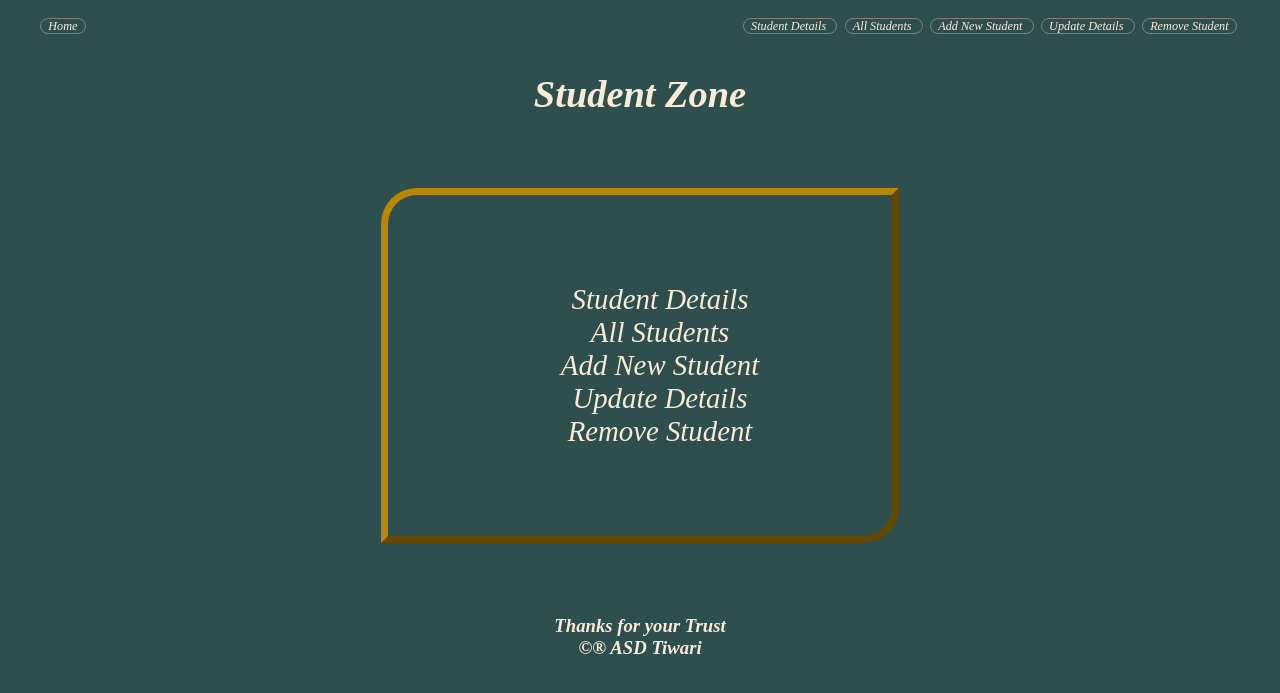
Repository: asdtiwari/Practice
Page: http://localhost/index
An editor plug-in stored every save of this project. The page is shown before and after the next save, followed by the edit.
The browser window is 1280 px wide. The pictures show the whole page.
The page is this project's Thymeleaf template; nobody is signed in. The template is opened directly, without the code that normally fills it, so the values that code supplies are empty.

Above is the page before, as saved 2023-11-17 12:15:38.

### DiwaliProjectSTS/studentZone/src/main/resources/templates/index.html
<!DOCTYPE html>
<html lang="en">
    <head>
        <meta charset="UTF-8">
        <meta name="viewport" content="width-device-width, initial-scale=1.0">

        <title>Home: Student Zone</title>

        <style>
            .body{
                background-color: darkslategrey;
                color: antiquewhite;
                font-family: cursive;
                font-style: oblique;
            }

            .a{
                text-decoration: none;
                color: antiquewhite;
            }

            .nav{
                position: fixed;
                top: 0vh;
                right: 5vh;
                text-align: right;
            }

            .home{
                position: fixed;
                top: 0vh;
                text-align: left;
                left: 0vh;
            }

            .nav_li{
                display: inline;
                border: solid 0.1vh grey;
                border-radius: 5vh;
                margin-right: 1vh;
                padding-left: 1vh;
                padding-right: 1vh;
                padding-top: 0vh;
                font-size: 1.7vh;
            }

            .nav_li:hover{
                background-color: darkgoldenrod;
                border: solid 0.5vh whitesmoke;
                font-size: 110%
            }

            .nav_a:hover{
                color: black;
            }

            .header{
                margin-top: 10vh;
            }

            .header:hover{
                color: darkgoldenrod;
            }

            .form{
                border: outset 1vh darkgoldenrod;
                border-top-left-radius: 5vh;
                border-bottom-right-radius: 5vh;
                width: 50vh;
                margin-top: 10vh;
                margin-bottom: 10vh;
                padding: 10vh;
            }

            .form:hover{
                border-style: inset;
            }

            .ul{
                list-style-type: none;
            }

            .menu{
                font-size: 4vh;
			}

            .menu:hover{
                border: solid 0.4vh whitesmoke;
                border-radius: 5vh;
                background-color: darkgoldenrod;
                width: 50%;
                padding-left: 5vh;
                padding-right: 5vh;
            }

            .footer{
                bottom: 0px;
                width: 100%;
                text-align: center;
            }

            .footer:hover{
                color: darkgoldenrod;
            }
        </style>
    </head>

    <body class="body">
        <ul class="home">
            <li class="nav_li"> <a class="nav_a a" href="/student/index" method="get"> Home </a> </li>
        </ul>

        <ul class="nav">
			<li class="nav_li"> <a class="nav_a a" href="/student/viewInfo" method="get" > Student Details </a> </li>
			<li class="nav_li"> <a class="nav_a a" href="/student/showAllInfo" method="get"> All Students </a> </li>
			<li class="nav_li"> <a class="nav_a a" href="/student/register" method="get"> Add New Student </a> </li>
			<li class="nav_li"> <a class="nav_a a" href="/student/update" method="get"> Update Details </a> </li>
			<li class="nav_li"> <a class="nav_a a" href="/student/remove" method="get"> Remove Student </a> </li>
		</ul>

        <center> <big> <h1 class="header"> Student Zone </h1> </big> </center>

        <center>
            <form class="form">
                <ul class="ul">
                    <li> <a class="menu a" href="/student/viewInfo" method="get"> Student Details </a> </li>
                    <li> <a class="menu a" href="/student/showAllInfo" method="get"> All Students </a> </li>
                    <li> <a class="menu a" href="/student/register" method="get"> Add New Student </a> </li>
                    <li> <a class="menu a" href="/student/update" method="get"> Update Details </a> </li>
                    <li> <a class="menu a" href="/student/remove" method="get"> Remove Student </a> </li>
                </ul>
            </form>
        </center>

        <h3 class = "footer"> Thanks for your Trust <br> <a class="a nav_a" href="https://in.linkedin.com/in/asdtiwari/"> ©® ASD Tiwari </a> </h3>
    </body>
</html>

After the next save:
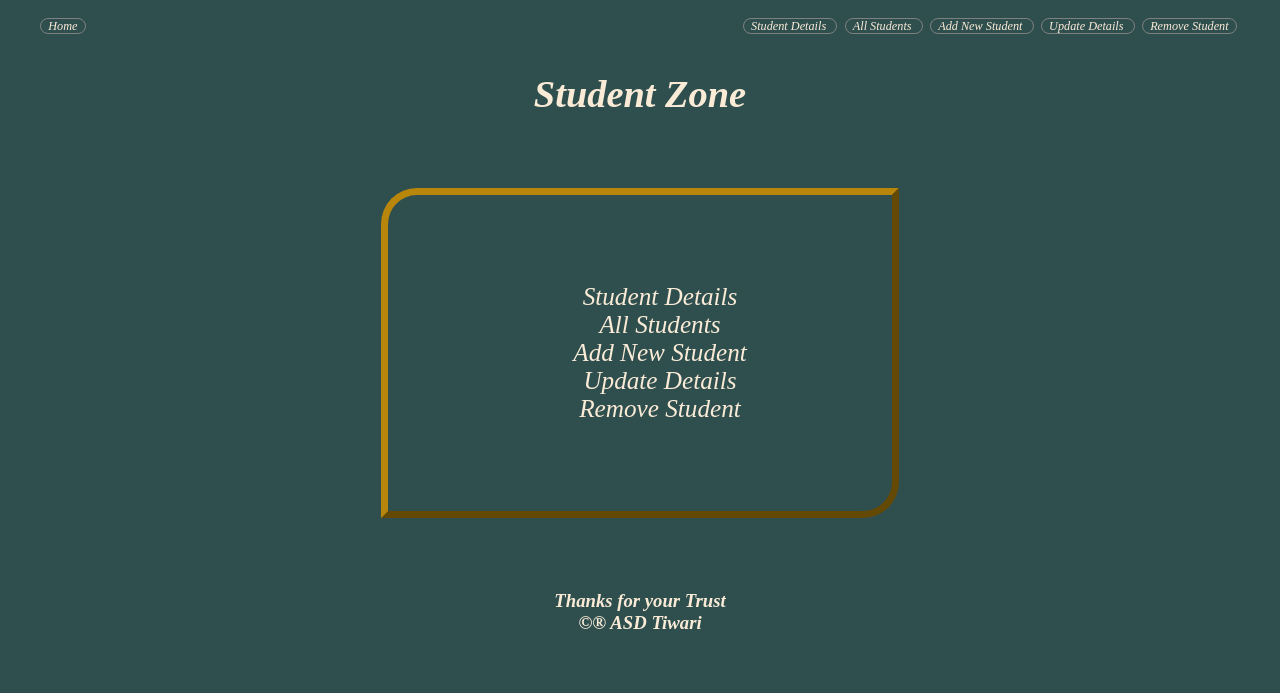
Saved 12 s later.
--- a/DiwaliProjectSTS/studentZone/src/main/resources/templates/index.html
+++ b/DiwaliProjectSTS/studentZone/src/main/resources/templates/index.html
@@ -81,7 +81,7 @@
             }
 
             .menu{
-                font-size: 4vh;
+                font-size: 3.5vh;
 			}
 
             .menu:hover{
